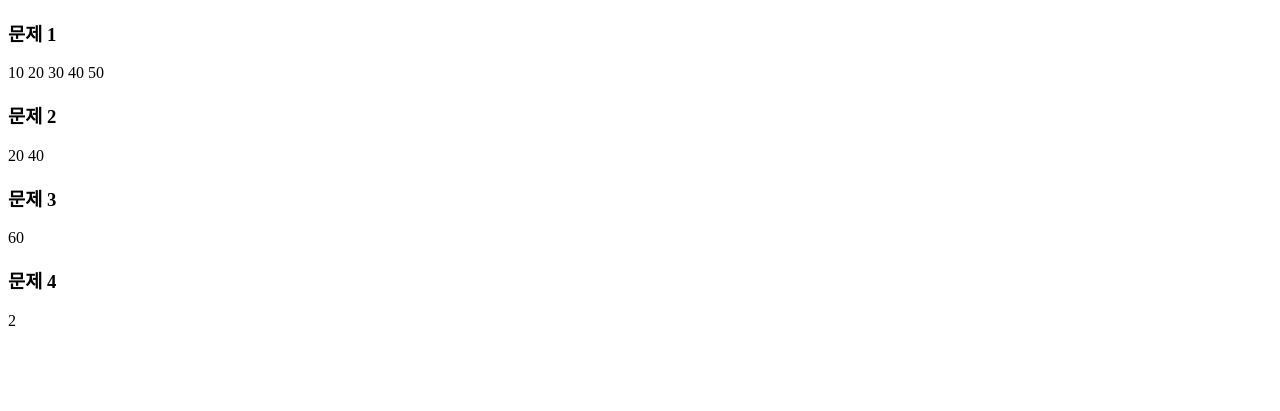
Repository: dadomin/2020JAVA
Page: http://localhost/20201damin/01_BasicJSP/ex06_문제.jsp
The author's editor kept a copy of each file at every save. The page is drawn from the files as they stood at one save, then again after the next save.
The browser window is 1280 px wide. The pictures show the whole page.
The page is served by Tomcat 9.

Above is the page before, as saved 2020-06-03 12:42:17.

### first semester/20201damin/WebContent/01_BasicJSP/ex06_문제.jsp
<%@ page contentType="text/html; charset=UTF-8"%>
<!DOCTYPE html>
	<html>
	<head>
		<meta charset="UTF-8">
		<title>배열 문제</title>
	</head>
	<body>
		<% int[] arr = new int[5]; %>

		<h3>문제 1</h3>
		<%--
			문제 1) 10부터 50까지 arr 배열에 저장
			정답 1) 10 20 30 40 50
		 --%>
		<%
			for(int i = 0; i < arr.length; i++){
				arr[i] = 10 * (i+1);
		%>
				<%= arr[i] %>
		<%
			}
		 %>
		<br />

		<h3>문제 2</h3>
		<%--
			문제 2) 4의 배수만 출력
			정답 2) 20 40
		 --%>
		 <%
			for(int i = 0; i < arr.length; i++){
				if(arr[i] % 4 == 0) {
		%>
					<%= arr[i] %>
		<%
				}
			}
		 %>

		 <br>

		 <h3>문제 3</h3>
		<%--
			문제 3) 4의 배수의 합 출력
			정답 3) 60
		 --%>
		 <%
		 	int add = 0;
			for(int i = 0; i< arr.length; i++){
				if(arr[i] % 4== 0){
					add += arr[i];
				}
			}
		 %>
		 <%= add %>

		 <br>

		 <h3>문제 4</h3>
		<%--
			문제 4) 4의 배수의 개수 출력
			정답 4) 2
		 --%>

		  <%
		 	int cnt = 0;
			for(int i = 0; i< arr.length; i++){
				if(arr[i] % 4== 0){
					cnt++;
				}
			}
		 %>
		 <%= cnt %>

		 <br>
		<%--
			문제 5) 짝수의 개수 출력
			정답 5) 5
		 --%>
	</body>
</html>

After the next save:
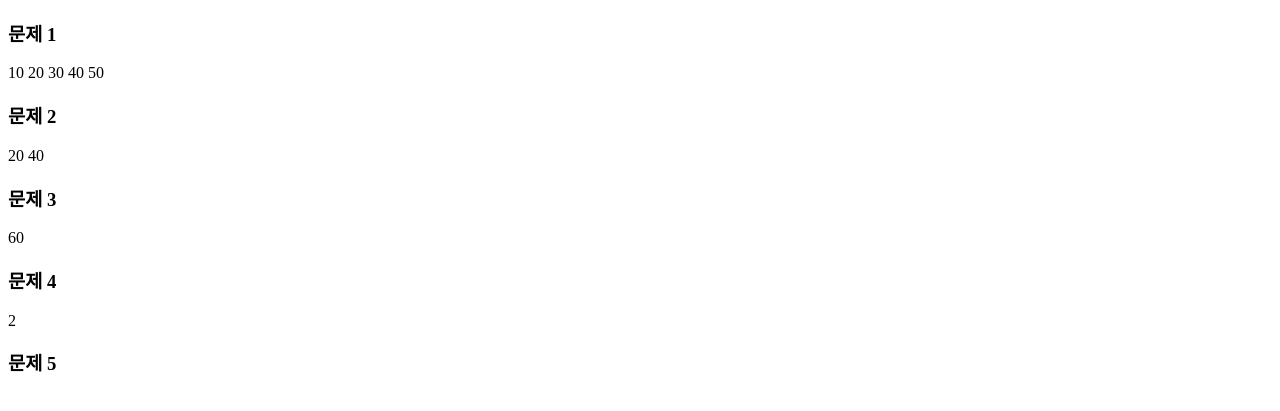
Saved 9 s later.
--- a/first semester/20201damin/WebContent/01_BasicJSP/ex06_문제.jsp
+++ b/first semester/20201damin/WebContent/01_BasicJSP/ex06_문제.jsp
@@ -74,6 +74,8 @@
 		 <%= cnt %>
 
 		 <br>
+
+		 <h3>문제 5</h3>
 		<%--
 			문제 5) 짝수의 개수 출력
 			정답 5) 5
